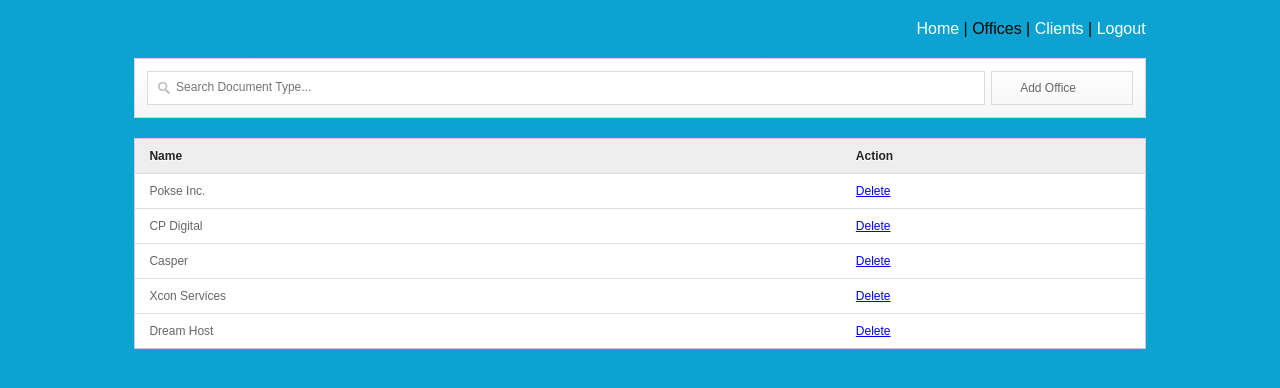
Repository: MrSyntax31/recordmanagement
Page: http://localhost/main/offices.php
These files come from the project's save history. The page is drawn as it stood at one moment and after the next save; the edit follows.
The browser window is 1280 px wide. The pictures show the whole page.
The page is run by PHP 8.4 with error messages shown; the project is at /var/www/html/. The database holds what the project's SQL file puts in it.

Above is the page before, as saved 2022-03-03 16:05:50.

After the next save:
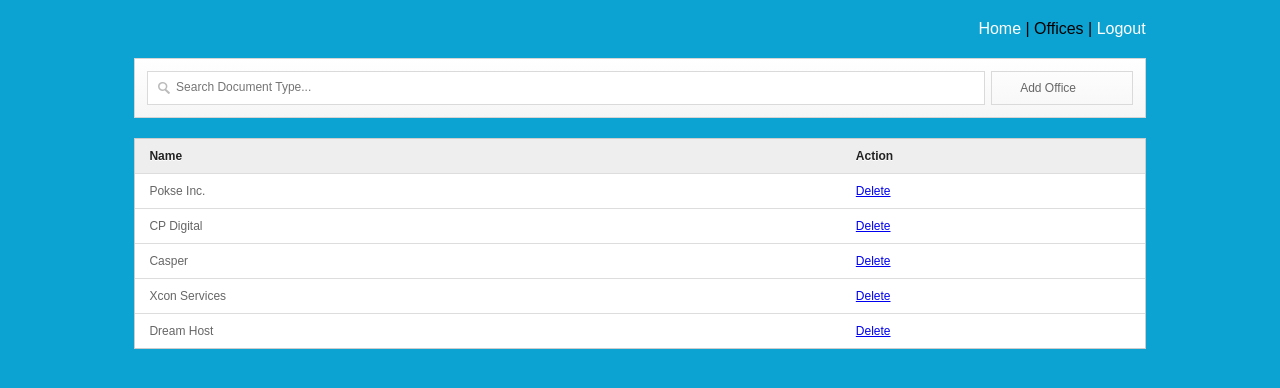
Saved 31 s later.
--- a/main/offices.php
+++ b/main/offices.php
@@ -82,7 +82,7 @@ a#add {
     })
   </script>
 <div id="log">
-<a href="index.php">Home</a> | Offices | <a href="clients.php">Clients</a> | <a href="../index.php">Logout</a>
+<a href="index.php">Home</a> | Offices | <a href="../index.php">Logout</a>
 </div>
 <div id="formdesign">
 <input type="text" name="filter" value="" id="filter" placeholder="Search Document Type..." autocomplete="off" />
